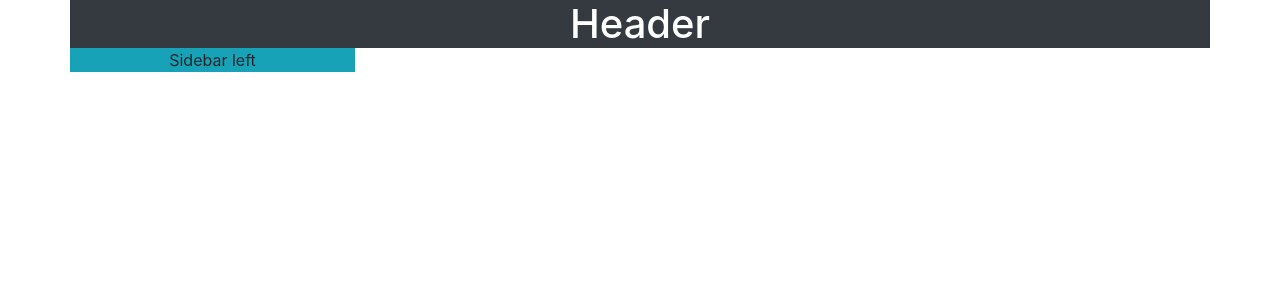
Repository: anhtu2110/front_end
Page: lesson/bootstrap/grid-layout/2.3-ex_layout_3_col.html
An editor plug-in stored every save of this project. The page is shown before and after the next save, followed by the edit.
The browser window is 1280 px wide. The pictures show the whole page.

Above is the page before, as saved 2022-12-01 16:21:49.

After the next save:
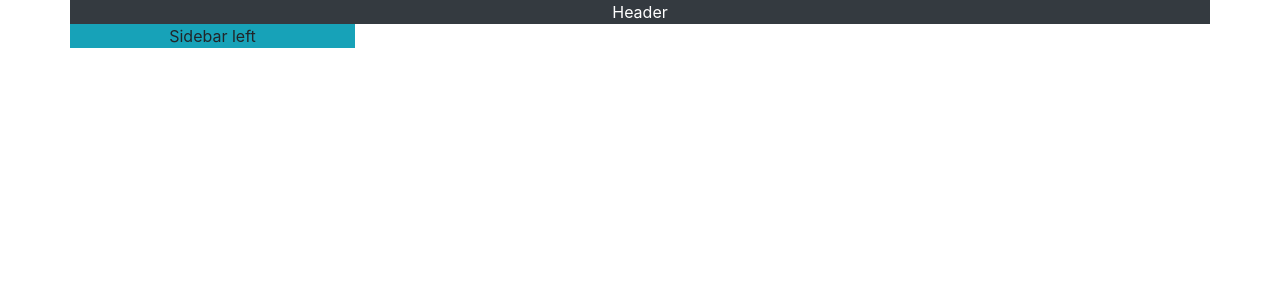
Saved 37 s later.
--- a/lesson/bootstrap/grid-layout/2.3-ex_layout_3_col.html
+++ b/lesson/bootstrap/grid-layout/2.3-ex_layout_3_col.html
@@ -10,9 +10,7 @@
   <body>
     <div id="wrapper">
       <div id="header">
-        <div class="container text-center bg-dark text-white">
-          <h1 class="mb-0">Header</h1>
-        </div>
+        <div class="container text-center bg-dark text-white">Header</div>
       </div>
       <!-- END HEADER  -->
       <div id="wp-content">
@@ -21,6 +19,9 @@
             <div class="sidebar-left col-md-3 text-center bg-info">
               Sidebar left
             </div>
+            <div class="content col-md-6">
+              <h2></h2>
+            </div>
           </div>
         </div>
       </div>
